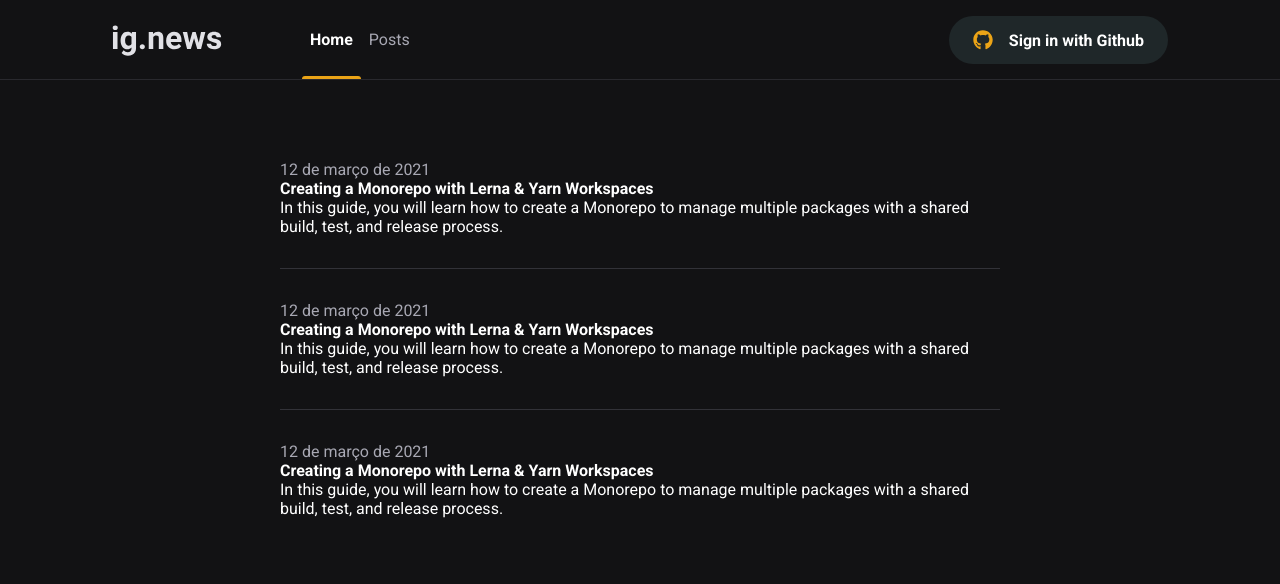
Repository: savinnsk/ignews
Page: /posts
The author's editor kept a copy of each file at every save. The page is drawn from the files as they stood at one save, then again after the next save.
The browser window is 1280 px wide. The pictures show the whole page.
The page's requests for data from a server got no answer. The project was rebuilt for these pictures with package versions that can differ from the ones it lists, and the page was loaded fresh each time. The framework's server and built-in components were replaced by stand-ins that run in the browser. No one was signed in, and anything a server would have sent is missing.

Above is the page before, as saved 2021-06-24 21:30:05.

After the next save:
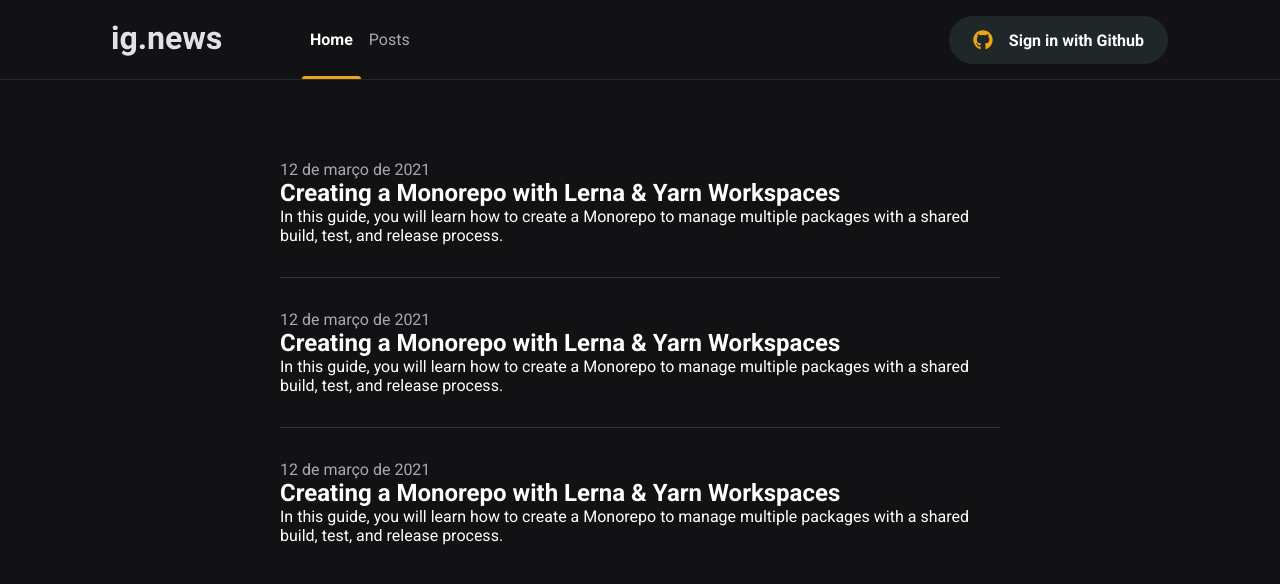
Saved 18 s later.
--- a/src/pages/posts/styles.module.scss
+++ b/src/pages/posts/styles.module.scss
@@ -26,6 +26,7 @@
 
         strong {
             display: block;
+            font-size: 1.5rem;
         }
     }
 }
